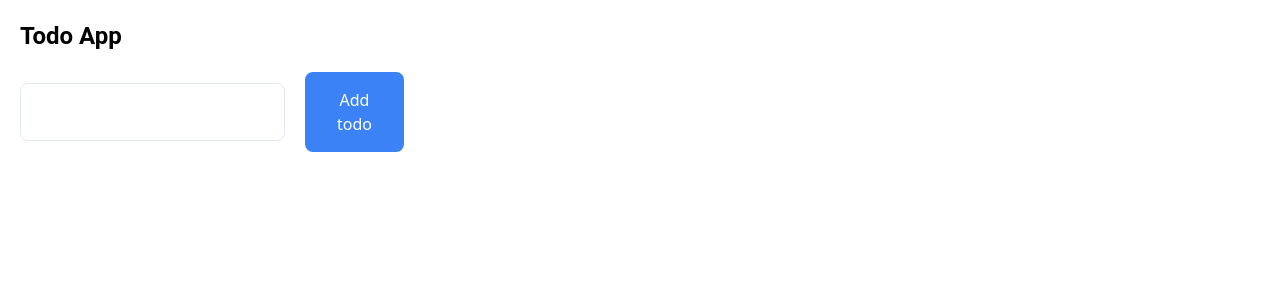
Repository: vophuocthanh/react-typescript
Page: /
The author's editor kept a copy of each file at every save. The page is drawn from the files as they stood at one save, then again after the next save.
The browser window is 1280 px wide. The pictures show the whole page.
The project was rebuilt for these pictures with package versions that can differ from the ones it lists, and the page was loaded fresh each time. Also part of the build but not shown: vite.config.ts.

Above is the page before, as saved 2023-04-04 23:37:32.

### src/App.tsx
import React from "react";
const Heading = ({ title }: { title: string }) => {
  return <h2 className="font-primary font-bold text-2xl mb-5">{title}</h2>;
};
const App = () => {
  return (
    <div>
      <Heading title="Todo App"></Heading>
      <div className="max-w-sm">
        <div className="nb-5">
          <div className="flex items-center"></div>
        </div>
        <div className="flex items-center gap-x-5">
          <input
            type="text"
            className="p-4 border border-slate-200 rounded-lg outline-none"
          />
          <button className="p-4 rounded-lg bg-blue-500 text-white text-center">
            Add todo
          </button>
        </div>
      </div>
    </div>
  );
};

export default App;

### src/index.css
@tailwind base;
@tailwind components;
@tailwind utilities;
@layer base {
  body {
    @apply p-5;
  }
}

### tailwind.config.js
/** @type {import('tailwindcss').Config} */
export default {
  content: ["./index.html", "./src/**/*.{js,ts,jsx,tsx}"],
  theme: {
    extend: {
      fontFamily: {
        primary: ["Roboto"],
      },
    },
  },
  plugins: [],
};

Loaded but not shown: index.html (common file); src/main.tsx (common file)

After the next save:
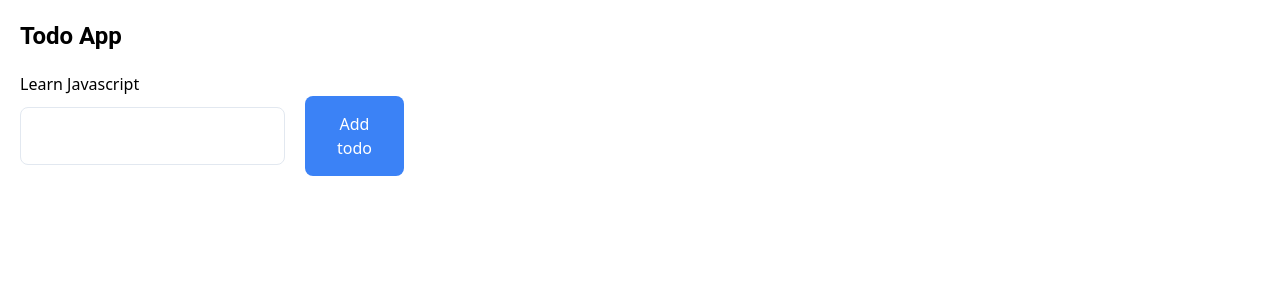
Saved 15 s later.
--- a/src/App.tsx
+++ b/src/App.tsx
@@ -8,7 +8,9 @@ const App = () => {
       <Heading title="Todo App"></Heading>
       <div className="max-w-sm">
         <div className="nb-5">
-          <div className="flex items-center"></div>
+          <div className="flex items-center">
+            <span>Learn Javascript</span>
+          </div>
         </div>
         <div className="flex items-center gap-x-5">
           <input
